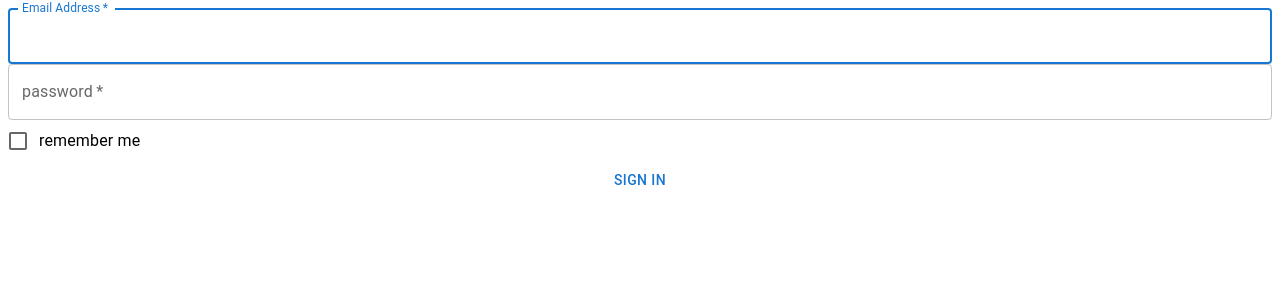
Repository: chlwpdnswku/nextjsportpolioclone
Page: /
An editor plug-in stored every save of this project. The page is shown before and after the next save, followed by the edit.
The browser window is 1280 px wide. The pictures show the whole page.
The project was rebuilt for these pictures with package versions that can differ from the ones it lists, and the page was loaded fresh each time. The framework's server and built-in components were replaced by stand-ins that run in the browser. Also part of the build but not shown: next.config.js.

Above is the page before, as saved 2022-08-05 16:49:38.

After the next save:
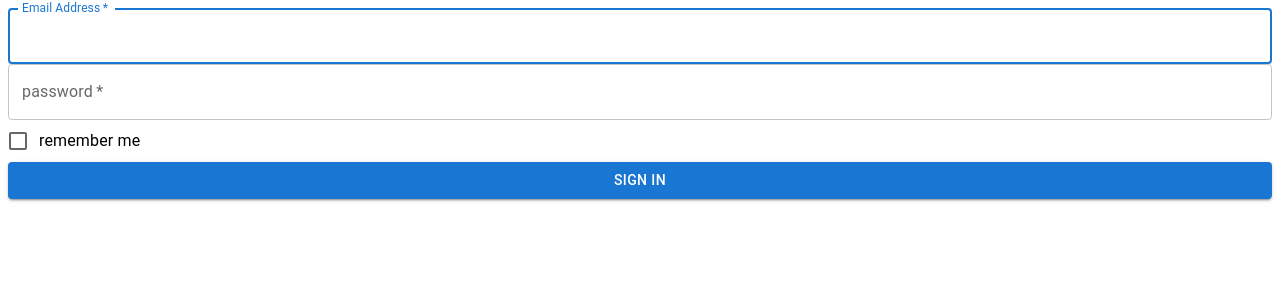
Saved 13 s later.
--- a/pages/index.tsx
+++ b/pages/index.tsx
@@ -38,7 +38,7 @@ const Home: NextPage = () => {
       ></FormControlLabel>
 
       {/* 서버로 보내는 서브밋 타이틀을 만들어줌. */}
-      <Button type='submit' fullWidth>
+      <Button type='submit' fullWidth variant='contained'>
         SIGN IN
       </Button>
     </>
